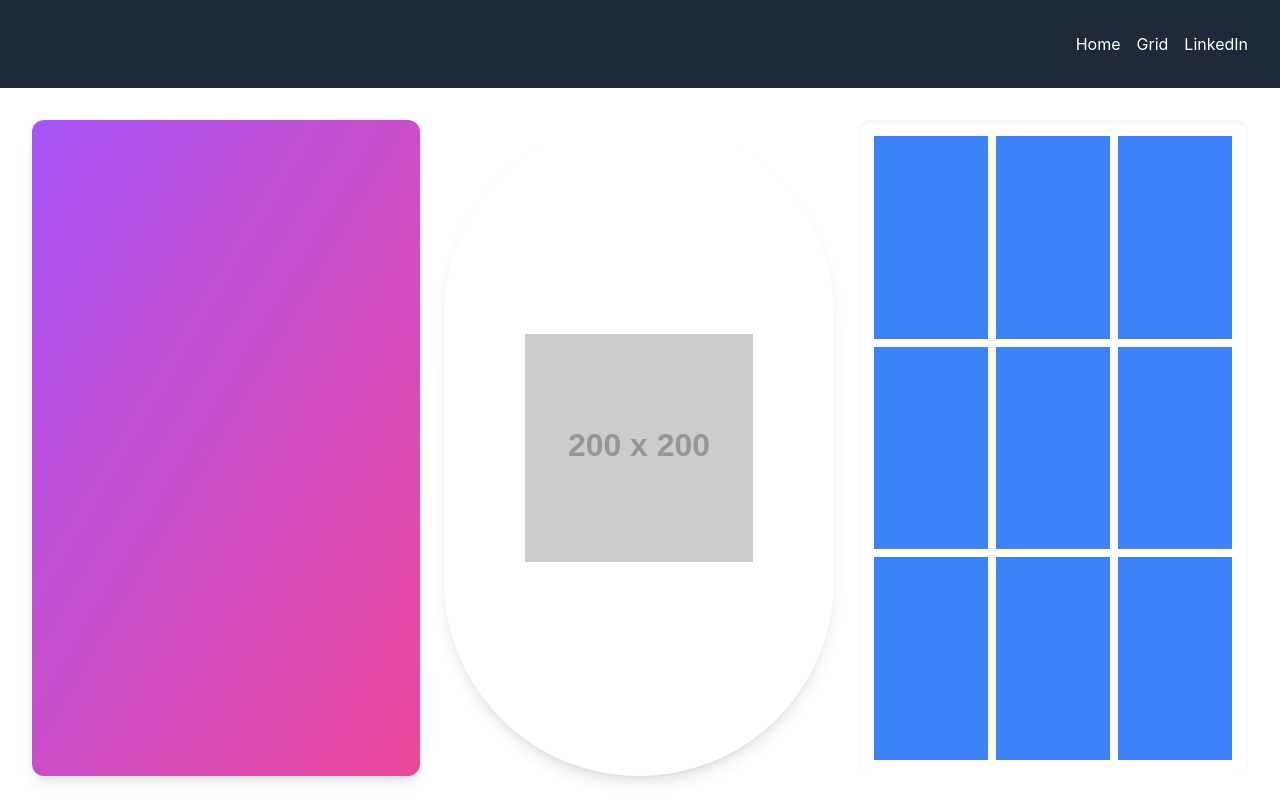
Repository: Vivek300705/Dashboard
Page: /
These files come from the project's save history. The page is drawn as it stood at one moment and after the next save; the edit follows.
The browser window is 1280 px wide. The pictures show the whole page.
The project was rebuilt for these pictures with package versions that can differ from the ones it lists, and the page was loaded fresh each time.

Above is the page before, as saved 2025-01-22 09:44:11.

### src/App.js
import React from "react";
import { BrowserRouter as Router, Routes, Route, Link } from "react-router-dom";
import Home from "./components/Home";

function App() {
  return (
    <Router>
      <div className="App">
        {/* Navigation Bar */}
        <nav className="bg-gray-800 text-white flex justify-end items-center p-4">
          <div className="flex space-x-4">
            <Link className="hover:underline" to="/">Home</Link>
            <Link className="hover:underline" to="/grid">Grid</Link>
          </div>
          <a
            className="hover:underline p-4"
            href="https://www.linkedin.com/in/your-profile/"
            target="_blank"
            rel="noopener noreferrer"
          >
            LinkedIn
          </a>
        </nav>

        {/* Routes */}
        <Routes>
          <Route path="/" element={<Home />} />
        </Routes>
      </div>
    </Router>
  );
}

export default App;

### src/components/Home.js
import React from "react";

function Home() {
  return (
    <div className="flex flex-col lg:flex-row items-center justify-between p-4 lg:p-8 h-screen gap-6">
      {/* Left Section */}
      <div className="bg-gradient-to-br from-purple-500 to-pink-500 w-full lg:w-1/3 h-64 lg:h-full rounded-xl shadow-lg"></div>

      {/* Center Section */}
      <div className="flex items-center justify-center w-full lg:w-1/3 h-64 lg:h-full bg-white rounded-full shadow-lg p-6">
        <img
          src="https://via.placeholder.com/200"
          alt="E-cell Logo"
          className="w-2/3 h-auto"
        />
      </div>

      {/* Right Section */}
      <div className="bg-white w-full lg:w-1/3 h-64 lg:h-full rounded-xl shadow-inner grid grid-cols-3 gap-2 p-4">
        {[...Array(9)].map((_, index) => (
          <div
            key={index}
            className="bg-blue-500 w-full h-full cursor-pointer"
            onClick={(e) => handleGridClick(e, index)}
          ></div>
        ))}
      </div>
    </div>
  );
}

const handleGridClick = (e, index) => {
  const gridItem = e.target;
  gridItem.style.backgroundColor = "red";

  if (index === 8) {
    const gridItems = document.querySelectorAll(".grid-cols-3 > div");
    let delay = 0;
    gridItems.forEach((item) => {
      if (item.style.backgroundColor === "red") {
        setTimeout(() => {
          item.style.backgroundColor = "blue";
        }, delay);
        delay += 200;
      }
    });
  }
};

export default Home;

Loaded but not shown: public/index.html (common file); src/index.js (common file); src/index.css (common file); src/reportWebVitals.js (common file); tailwind.config.js (common file)

After the next save:
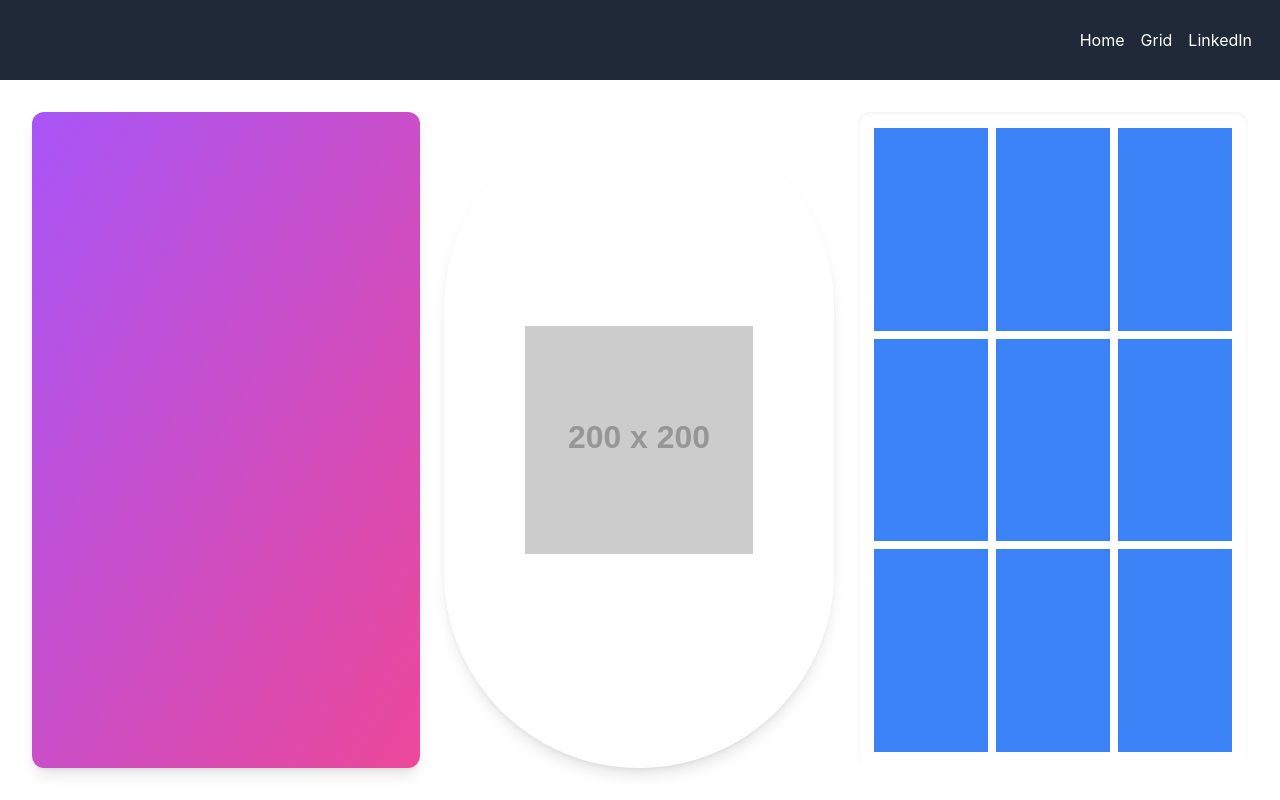
Saved 30 s later.
--- a/src/App.js
+++ b/src/App.js
@@ -7,7 +7,7 @@
     <Router>
       <div className="App">
         {/* Navigation Bar */}
-        <nav className="bg-gray-800 text-white flex justify-end items-center p-4">
+        <nav className="bg-gray-800 text-white flex justify-end items-center p-3">
           <div className="flex space-x-4">
             <Link className="hover:underline" to="/">Home</Link>
             <Link className="hover:underline" to="/grid">Grid</Link>
